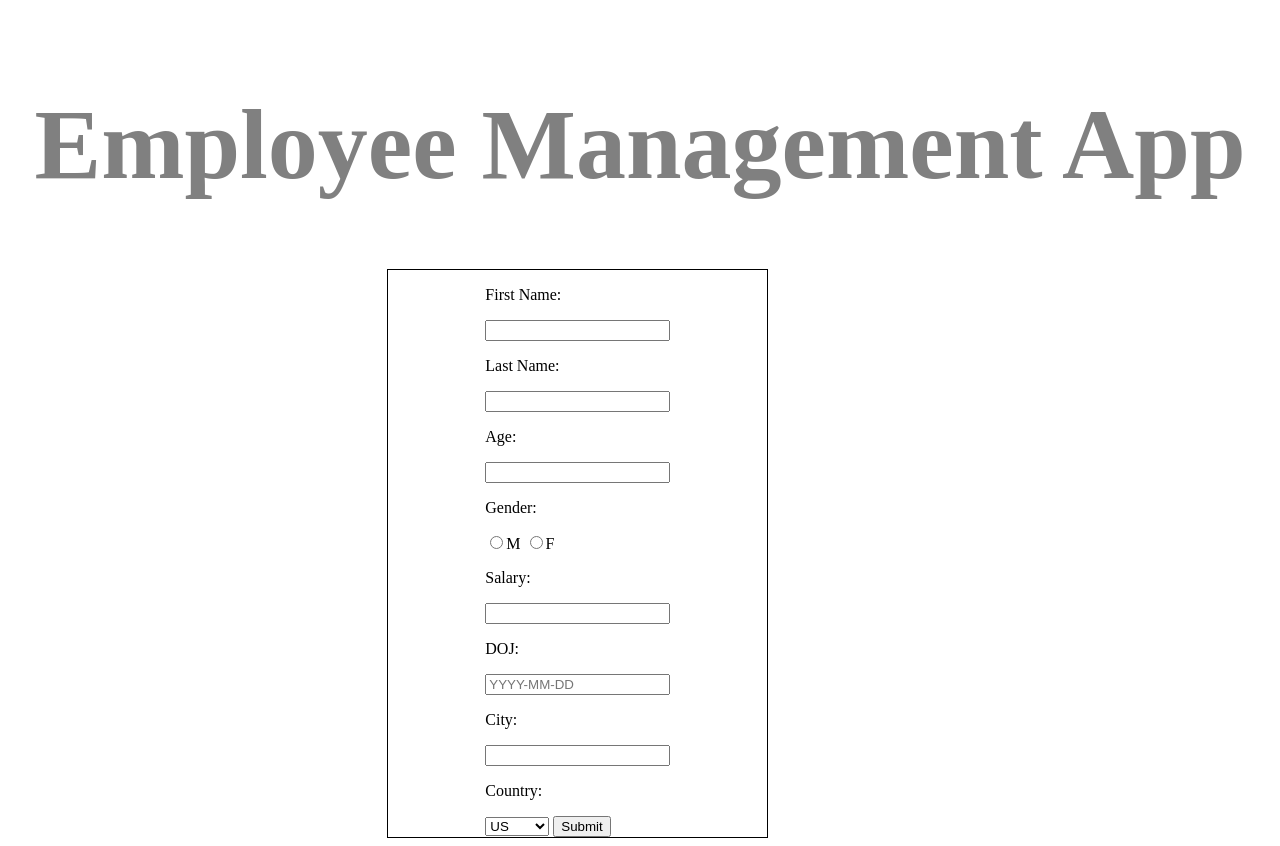
Repository: SaumyaGuptaTechnokrat/Employee_management
Page: http://localhost/Employee/index.jsp
The author's editor kept a copy of each file at every save. The page is drawn from the files as they stood at one save, then again after the next save.
The browser window is 1280 px wide. The pictures show the whole page.
The page is served by Tomcat 9.

Above is the page before, as saved 2023-02-10 17:30:06.

After the next save:
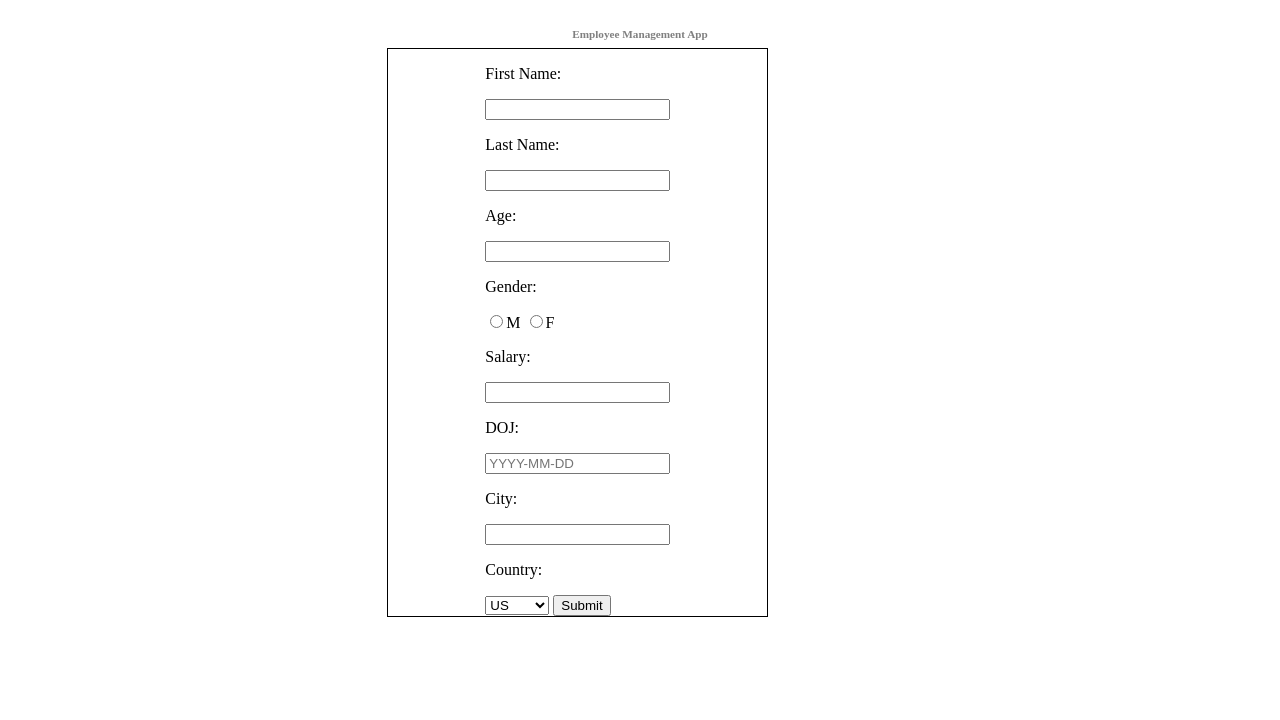
Saved 31 s later.
--- a/Employee/src/main/webapp/index.jsp
+++ b/Employee/src/main/webapp/index.jsp
@@ -8,7 +8,7 @@
 
 </head>
 <body>
-<h1 style="text-align:center;padding-top:20px;color:gray;font-size:100px;">Employee Management App</h1>
+<h1 style="text-align:center;padding-top:20px;color:gray;font-size:70%;">Employee Management App</h1>
 <div style="margin:0% 30%;width:30%;border:1px black solid;display:grid;justify-content:center">
 <form action="addRecord.jsp" method="post" >
 
